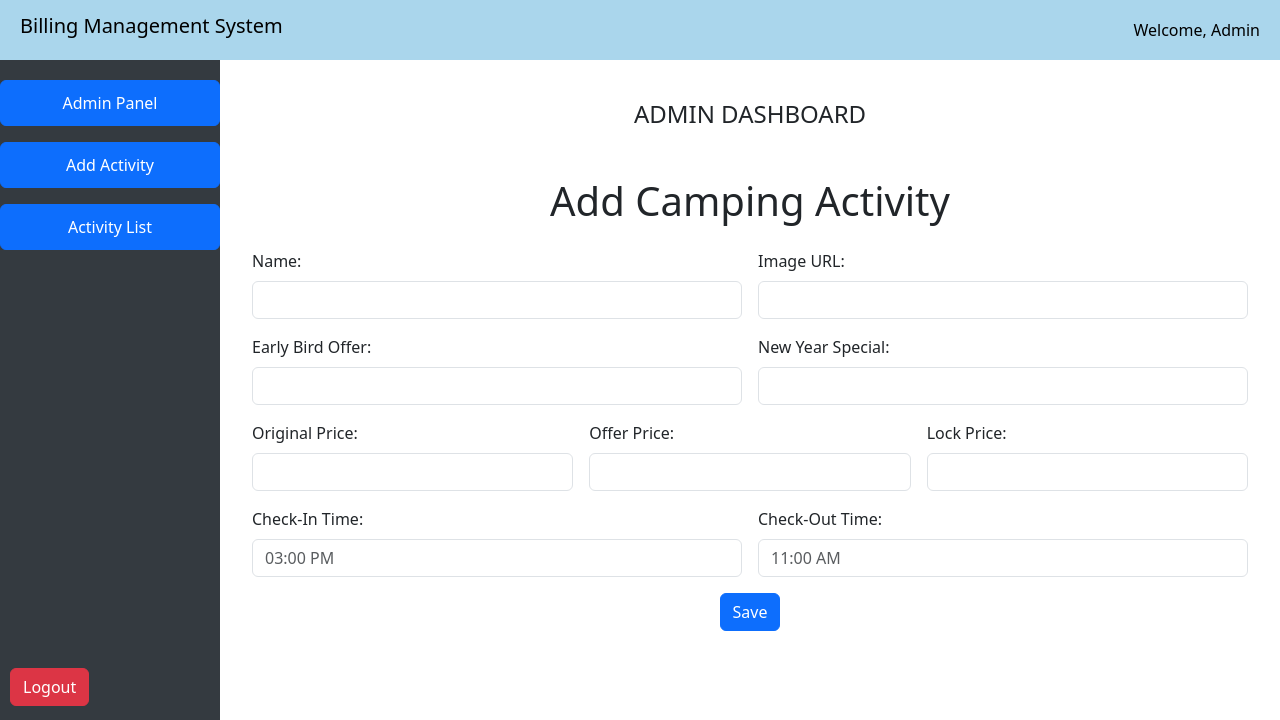
Repository: ruturajsurwase/Thymleaf-Projects
Page: http://localhost/add-activity
The author's editor kept a copy of each file at every save. The page is drawn from the files as they stood at one save, then again after the next save.
The browser window is 1280 px wide. The pictures show the whole page.
The page is this project's Thymeleaf template; nobody is signed in. The template is opened directly, without the code that normally fills it, so the values that code supplies are empty.

Above is the page before, as saved 2024-12-12 09:21:22.

After the next save:
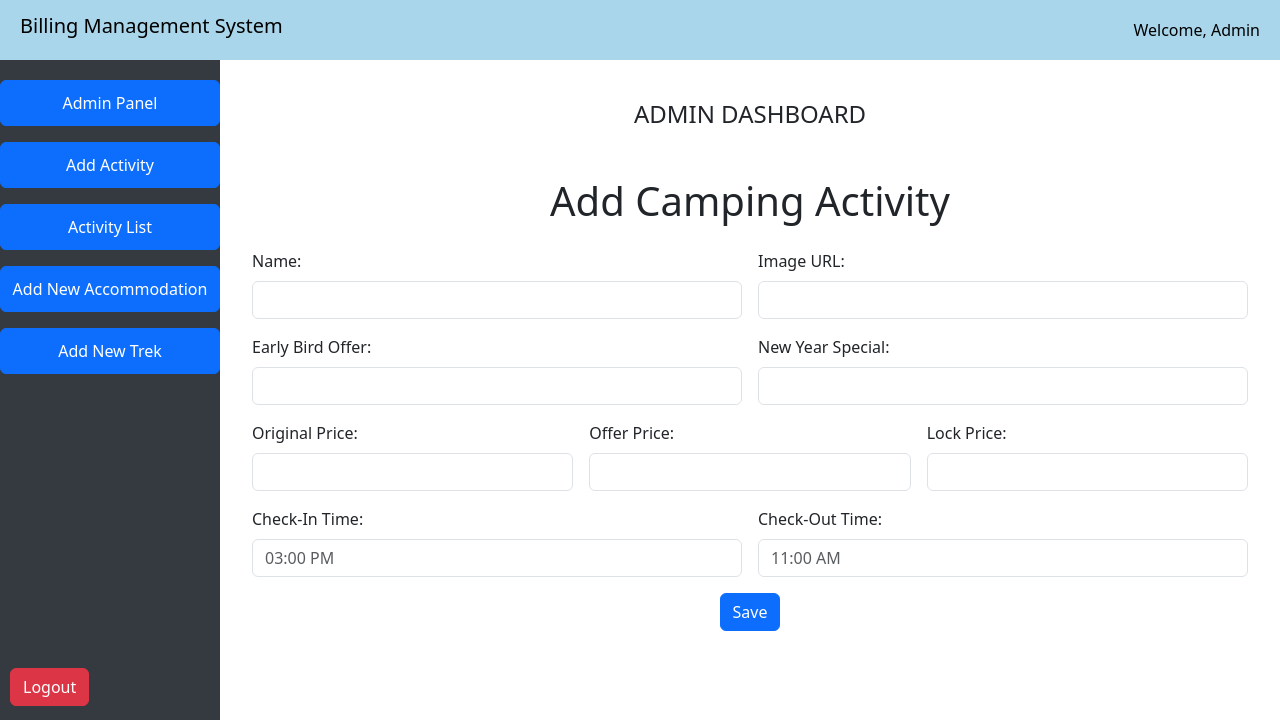
Saved 9 s later.
--- a/WEEKENDFEELS/src/main/resources/templates/add-activity.html
+++ b/WEEKENDFEELS/src/main/resources/templates/add-activity.html
@@ -83,22 +83,11 @@
 	<!-- Sidebar -->
 <div class="sidebar">
 
-        <a href="/" class="btn btn-primary btn-block mb-3">Admin Panel</a>
-
-		<a href="/add" 	class="btn btn-primary btn-block mb-3">Add Activity</a>
-
-		<a href="/listActivities" 	class="btn btn-primary btn-block mb-3">Activity List</a>
-
-	  <!--   <a href="/new" 	class="btn btn-primary btn-block mb-3">Create invoice</a>
-
-	    <a href="/invoices" 	class="btn btn-primary btn-block mb-3">All Invoices</a>
-
-        <a href="/products/stock" class="btn btn-primary btn-block mb-3">Stock Management</a>
-
-        <a href="/billing-report-filters" class="btn btn-primary btn-block mb-3">Billing Report</a>
-
-       <a href="/client-report-filters" class="btn btn-primary btn-block mb-3">Client Report</a> -->
-
+       <a href="/" class="btn btn-primary btn-block mb-3">Admin Panel</a>
+        <a href="/add" class="btn btn-primary btn-block mb-3">Add Activity</a>
+        <a href="/listActivities" class="btn btn-primary btn-block mb-3">Activity List</a>
+        <a href="/accommodations/add" class="btn btn-primary btn-block mb-3">Add New Accommodation</a>
+         <a href="/trekcamp/add" class="btn btn-primary btn-block mb-3">Add New Trek</a>
 		<!-- Logout Button -->
     <form th:action="@{/logout}" method="post" class="logout-btn">
         <button type="submit" class="btn btn-danger btn-block">Logout</button>
